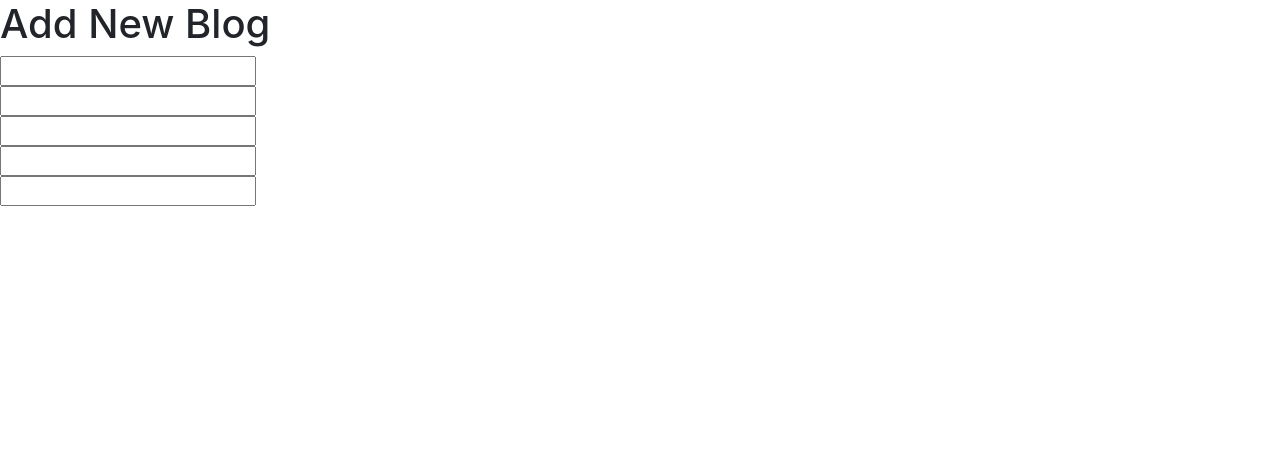
Repository: just-mann/just-blog
Page: http://localhost/add-blog
An editor plug-in stored every save of this project. The page is shown before and after the next save, followed by the edit.
The browser window is 1280 px wide. The pictures show the whole page.
The page is served by the project's Node server (index.js).

Above is the page before, as saved 2022-01-29 12:02:39.

### views/add-blog.ejs
<!doctype html>
<html lang="en">
  <head>
    <title>Add New Blog</title>
    <!-- Required meta tags -->
    <meta charset="utf-8">
    <meta name="viewport" content="width=device-width, initial-scale=1, shrink-to-fit=no">

    <!-- Bootstrap CSS -->
    <link rel="stylesheet" href="https://stackpath.bootstrapcdn.com/bootstrap/4.3.1/css/bootstrap.min.css" integrity="sha384-ggOyR0iXCbMQv3Xipma34MD+dH/1fQ784/j6cY/iJTQUOhcWr7x9JvoRxT2MZw1T" crossorigin="anonymous">
  </head>
  <body>
    <div>
      <h1>Add New Blog</h1>
      <form action="/add-new-blog" method="POST">
        <div>
          <input type="text" class="blog-title">
        </div>
        <div>
          <input type="text" class="blog-title">
        </div>
        <div>
          <input type="text" class="blog-title">
        </div>
        <div>
          <input type="text" class="blog-title">
        </div>
        <div>
          <input type="text" class="blog-title">
        </div>
      </form>
    </div>

    <!-- Optional JavaScript -->
    <!-- jQuery first, then Popper.js, then Bootstrap JS -->
    <script src="https://code.jquery.com/jquery-3.3.1.slim.min.js" integrity="sha384-q8i/X+965DzO0rT7abK41JStQIAqVgRVzpbzo5smXKp4YfRvH+8abtTE1Pi6jizo" crossorigin="anonymous"></script>
    <script src="https://cdnjs.cloudflare.com/ajax/libs/popper.js/1.14.7/umd/popper.min.js" integrity="sha384-UO2eT0CpHqdSJQ6hJty5KVphtPhzWj9WO1clHTMGa3JDZwrnQq4sF86dIHNDz0W1" crossorigin="anonymous"></script>
    <script src="https://stackpath.bootstrapcdn.com/bootstrap/4.3.1/js/bootstrap.min.js" integrity="sha384-JjSmVgyd0p3pXB1rRibZUAYoIIy6OrQ6VrjIEaFf/nJGzIxFDsf4x0xIM+B07jRM" crossorigin="anonymous"></script>
  </body>
</html>

### index.js
const express = require('express');
const cors = require('cors');
const bodyParser = require('body-parser');


const app = express();

// BodyParser to tidy up the input from the form
app.use(bodyParser.urlencoded({ extended: true }));

// Setting the view engine
app.set('view engine', 'ejs');




// Get all the blogs from the database
app.get('/api/blogs', cors(), (req, res) => {
    res.send('Server is running.');
})

// Render the form that let's you add a new blog
app.get('/add-blog', (req, res) => {
    res.render('add-blog');
})


// Add new blog to the database
app.post('/add-new-blog', (req, res) => {

})







const PORT = process.env.PORT || 5000;
app.listen(PORT, () => console.log(`Server is running on port ${PORT}`))

After the next save:
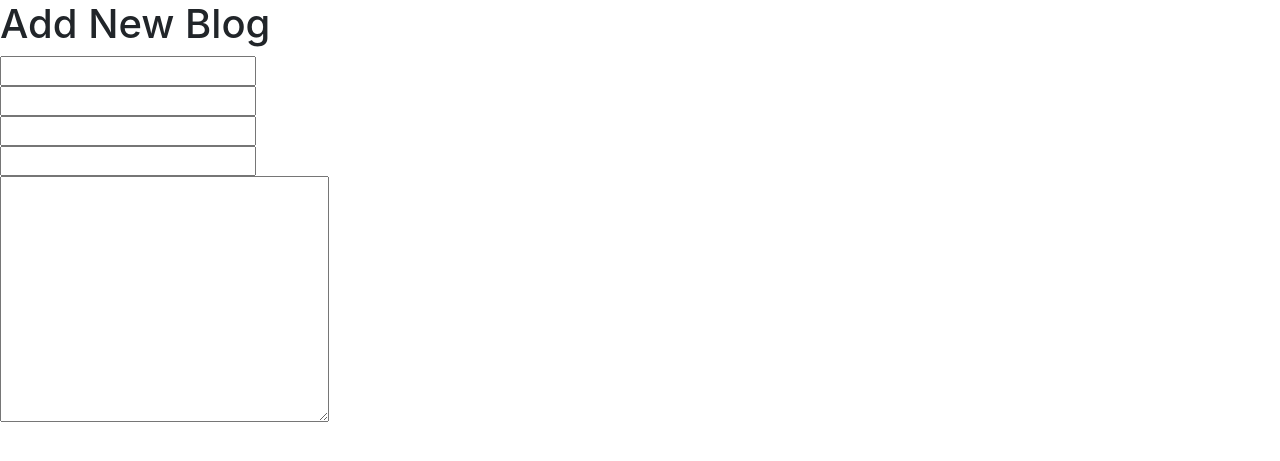
Saved 115 s later.
--- a/views/add-blog.ejs
+++ b/views/add-blog.ejs
@@ -13,20 +13,22 @@
     <div>
       <h1>Add New Blog</h1>
       <form action="/add-new-blog" method="POST">
-        <div>
+        <div class="titleDiv">
           <input type="text" class="blog-title">
         </div>
-        <div>
-          <input type="text" class="blog-title">
+        <div class="authorDiv">
+          <input type="text" class="blog-author">
+        </div>
+        <div class="dateDiv">
+          <input type="text" class="blog-date">
+        </div>
+        <div class="snippetDiv">
+          <input type="text" class="blog-snippet">
         </div>
         <div>
-          <input type="text" class="blog-title">
-        </div>
-        <div>
-          <input type="text" class="blog-title">
-        </div>
-        <div>
-          <input type="text" class="blog-title">
+          <textarea name="blog-body" id="blog-body" cols="30" rows="10" class="blog-body">
+
+          </textarea>
         </div>
       </form>
     </div>
